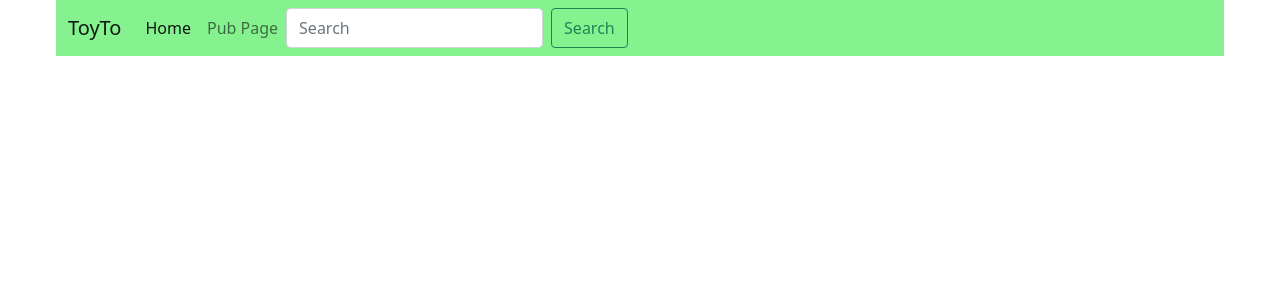
Repository: Omistusama/creer-un-site-html-css-bootstrap
Page: index.html
The author's editor kept a copy of each file at every save. The page is drawn from the files as they stood at one save, then again after the next save.
The browser window is 1280 px wide. The pictures show the whole page.
Some web libraries are served in a nearby version.

Above is the page before, as saved 2021-02-27 15:13:51.

### index.html
<!DOCTYPE html>
<!--
    Page web créé dans le cadre de l'évaluation du 27/02/2021
    Auteur : Assia LATTI
    Email : lattiassia@gmail.com
-->
<html lang="fr">
    <head><meta charset="UTF-8">
        <meta charset="UTF-8"><meta name="author" content="Assia LATTI">
        <meta name="description" content="Découvrez en quoi vos anciens jouets ont été transformés !">
        <meta name="viewport" content="width=device-width, initial-scale=1.0">
        <link href="https://cdn.jsdelivr.net/npm/bootstrap@5.0.0-beta2/dist/css/bootstrap.min.css" rel="stylesheet" integrity="sha384-BmbxuPwQa2lc/FVzBcNJ7UAyJxM6wuqIj61tLrc4wSX0szH/Ev+nYRRuWlolflfl" crossorigin="anonymous">
        <script src="https://cdn.jsdelivr.net/npm/bootstrap@5.0.0-beta2/dist/js/bootstrap.bundle.min.js" integrity="sha384-b5kHyXgcpbZJO/tY9Ul7kGkf1S0CWuKcCD38l8YkeH8z8QjE0GmW1gYU5S9FOnJ0" crossorigin="anonymous"></script>
        <script src="https://cdn.jsdelivr.net/npm/@popperjs/core@2.6.0/dist/umd/popper.min.js" integrity="sha384-KsvD1yqQ1/1+IA7gi3P0tyJcT3vR+NdBTt13hSJ2lnve8agRGXTTyNaBYmCR/Nwi" crossorigin="anonymous"></script>
        <script src="https://cdn.jsdelivr.net/npm/bootstrap@5.0.0-beta2/dist/js/bootstrap.min.js" integrity="sha384-nsg8ua9HAw1y0W1btsyWgBklPnCUAFLuTMS2G72MMONqmOymq585AcH49TLBQObG" crossorigin="anonymous"></script>
        <link href="styles.css" rel="stylesheet" >
        <title>ToyTo - Quand vos Jouets se transforment </title>
    </head>
    <body>
        <header>
            <nav class="navbar navbar-expand-lg navbar-light w-100 " style="background-color: #86f18f;">
                <div class="container-fluid">
                <a class="navbar-brand" href="#">ToyTo</a>
                <button class="navbar-toggler" type="button" data-bs-toggle="collapse" data-bs-target="#navbarSupportedContent" aria-controls="navbarSupportedContent" aria-expanded="false" aria-label="Toggle navigation">
                    <span class="navbar-toggler-icon"></span>
                </button>
                <div class="collapse navbar-collapse" id="navbarSupportedContent">
                    <ul class="navbar-nav me-auto mb-2 mb-lg-0">
                    <li class="nav-item">
                        <a class="nav-link active" aria-current="page" href="#">Home</a>
                    </li>
                    <li class="nav-item">
                        <a class="nav-link" href="#">Pub Page</a>
                    </li>
                    <form class="d-flex">
                    <input class="form-control me-2" type="search" placeholder="Search" aria-label="Search">
                    <button class="btn btn-outline-success" type="submit">Search</button>
                    </form>
                </div>
                </div>
            </nav>
        </header>
    </body>
</html>

### styles.css
body{
    margin: 0px auto;
    padding:16px auto;
    max-width:1168px; /*1200 - 16*2 */
  }

After the next save:
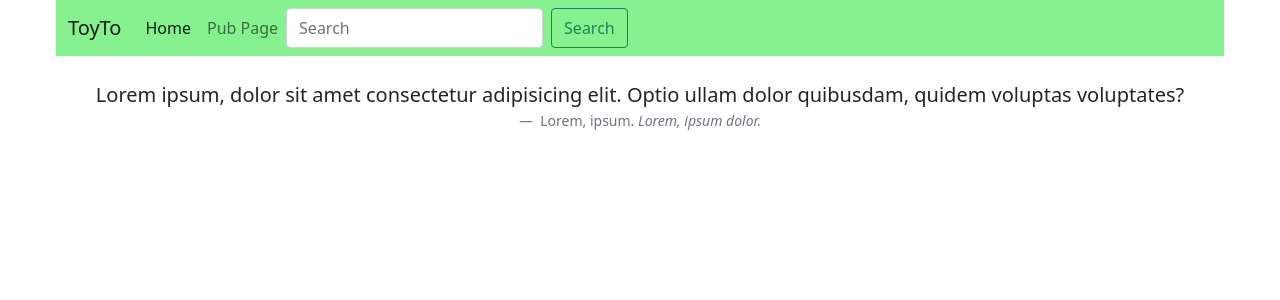
Saved 21 min 24 s later.
--- a/index.html
+++ b/index.html
@@ -40,5 +40,15 @@
                 </div>
             </nav>
         </header>
+        <div class="container">
+            <figure class="text-center">
+                <blockquote class="blockquote">
+                  <p>Lorem ipsum, dolor sit amet consectetur adipisicing elit. Optio ullam dolor quibusdam, quidem voluptas voluptates?</p>
+                </blockquote>
+                <figcaption class="blockquote-footer">
+                  Lorem, ipsum. <cite title="Source Title">Lorem, ipsum dolor.</cite>
+                </figcaption>
+            </figure>
+        </div>
     </body>
 </html>
